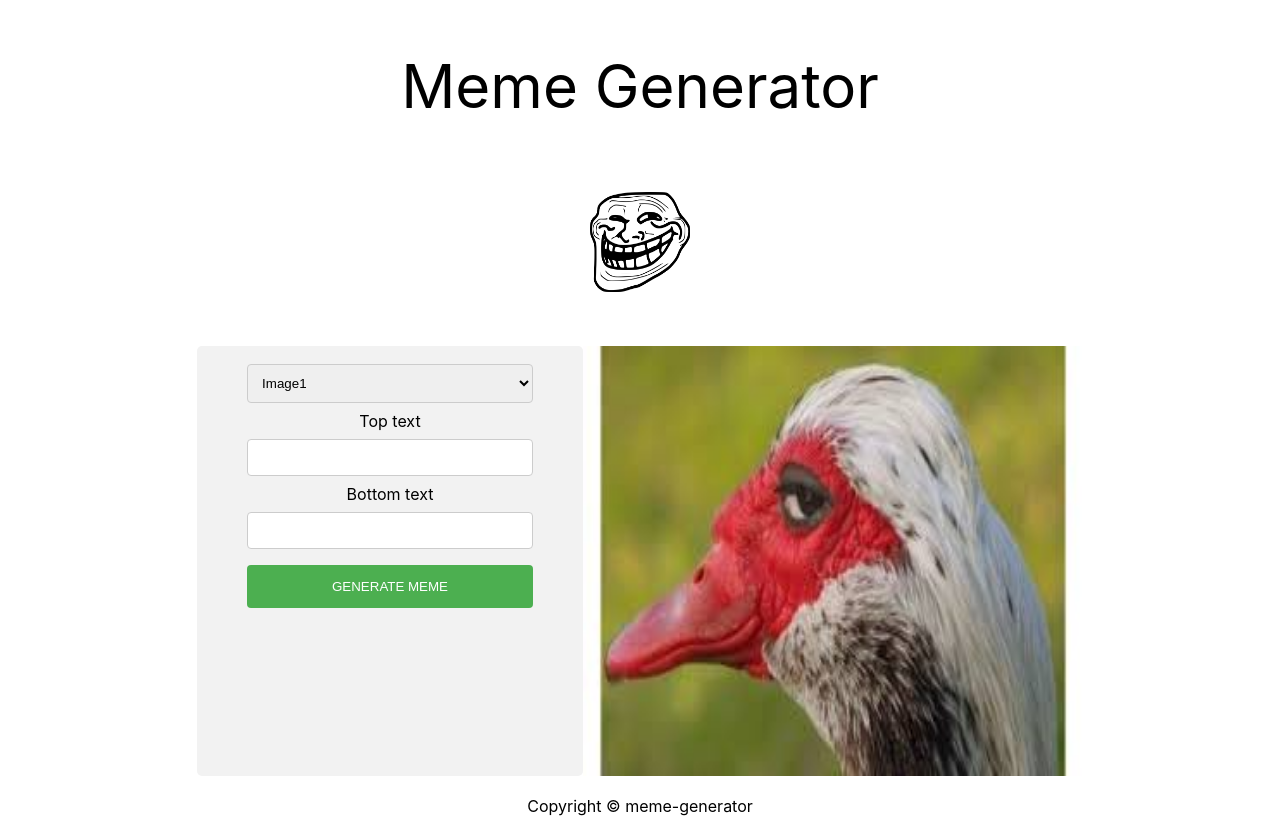
Repository: JivkoJelev91/Meme-Generator
Page: /
These files come from the project's save history. The page is drawn as it stood at one moment and after the next save; the edit follows.
The browser window is 1280 px wide. The pictures show the whole page.
The project was rebuilt for these pictures with package versions that can differ from the ones it lists, and the page was loaded fresh each time.

Above is the page before, as saved 2018-10-11 12:50:56.

### src/App.js
import React, { Component } from 'react';
import logo from './logo.png';
import './App.css';
import Memes from './memes'

class App extends Component {
  render() {
    return (
      <div className="App">
          <header>Meme Generator</header>
          <img src={logo} className="App-logo" alt="logo" />
          <Memes />
      </div>
    );
  }
}

export default App;

### src/App.css
*{
  margin:0;
}

.App {
  text-align: center;
}

.App-logo {
  animation: App-logo-spin infinite 20s linear;
  width:100px;
  height: 100px;
  padding-top: 20px;
  padding-bottom: 50px;

}

.wrapper{
  display:flex;
  justify-content: center;
  flex-wrap: wrap;
}

header{
  font-size:60px;
  padding: 50px;
}

button{
  width: 100%;
  background-color: #4CAF50;
  color: white;
  padding: 14px 20px;
  margin: 8px 0;
  border: none;
  border-radius: 4px;
  cursor: pointer;
}

button:hover{
  background-color: #45a049;
}


input[type=text],input[type=number], select{
  width: 100%;
  padding: 10px;
  margin: 8px 0;
  display: inline-block;
  border: 1px solid #ccc;
  border-radius: 4px;
  box-sizing: border-box;
}

.form{
  border-radius: 5px;
  background-color: #f2f2f2;
  padding: 10px 50px;
}

.pictureContainer{
  position: relative;
  max-width: 500px;
  height: 430px;
  width:100%;
  width: 100%;
  font-size:33px;
}

.memePictures{
  width: 100%;
  height: 100%;
}

@media (max-width: 550px) {
  header{
    font-size:40px;
    padding: 15px;
  }
  input[type=text]{
    padding: 15px 10px;
  }
  .form{
    padding-left: 20%;
    padding-right: 20%;
  }
  .pictureContainer{
    height: 300px;
    font-size:23px;
  }
}

.topText{
  top:5px;
}

.bottomText{
  margin:0 15px;
}

.topText, .bottomText{
  color:#FFF;
  position: absolute;
  bottom: 0;
  left:0;
  right:0;
  font-size:90%;
  text-shadow:
  1px  1px 2px black,
  1px -1px 2px black,
 -1px  1px 2px black,
 -1px -1px 2px black;
 word-break: inherit;
}

footer{
  padding: 20px;
}

### src/memes.js
import React, { Component } from 'react';
import './App.css';
import arr from './imagesData';

class Memes extends Component {
    constructor(props) {
        super(props);
        this.state = {
          value: 'picture1.jpg',
          topText: "",
          bottomText: "",
          active : false
        };
      }

    handleChange = (event) => {
        this.setState({
            value: event.target.value,
        });
    }
    handleInput = (event) => {
        this.setState({
            [event.target.name]: event.target.value ,
            active:false
        });
    }

    generate = () => {
        this.setState({
            active: true
        });
    }

    render() {
        return (
            <div>
            <div className="wrapper">
                <div className="form">
                    <div>
                        <select onChange={this.handleChange}>
                            {
                            arr.map(img => {
                                return <option key={img.id} value={img.name}>
                                            Image{img.id}
                                       </option>
                            })
                            }
                        </select>
                    </div>
                    <div>
                        <label>Top text</label>
                        <input type="text" name="topText" onChange={this.handleInput}/>
                    </div>
                    <div>
                        <label>Bottom text</label>
                        <input type="text" name="bottomText" onChange={this.handleInput}/>
                    </div>
                    <div>
                        <button
                            onClick={this.generate}>
                            GENERATE MEME
                        </button>
                    </div>
            </div>
            <div className="pictureContainer">
                <div className="topText">
                    { this.state.active ? this.state.topText:  "" }
                </div>
                <img src= {require(`./meme-pictures/${this.state.value}`)} className="memePictures"/>
                <div className="bottomText">
                    { this.state.active ? this.state.bottomText : "" }
                </div>
            </div>
         </div>
         <footer>Copyright © meme-generator</footer>
         </div>
        );
      }
}

export default Memes;

### src/imagesData.js
var arr = [{
        'id': '1',
        'name': 'picture1.jpg',
        'alt': 'picture1'
    },
    {
        'id': '2',
        'name': 'picture2.jpg',
        'alt': 'picture2'
    },
    {
        'id': '3',
        'name': 'picture3.jpg',
        'alt': 'picture3'
    },
    {
        'id': '4',
        'name': 'picture4.jpg',
        'alt': 'picture4'
    },
    {
        'id': '5',
        'name': 'picture5.jpg',
        'alt': 'picture5'
    },
    {
        'id': '6',
        'name': 'picture6.jpg',
        'alt': 'picture6'
    },
    {
        'id': '7',
        'name': 'picture7.jpg',
        'alt': 'picture7'
    },
    {
        'id': '8',
        'name': 'picture8.jpg',
        'alt': 'picture8'
    },
    {
        'id': '9',
        'name': 'picture9.jpg',
        'alt': 'picture9'
    },
    {
        'id': '10',
        'name': 'picture10.jpg',
        'alt': 'picture10'
    },
    {
        'id': '11',
        'name': 'picture11.jpg',
        'alt': 'picture11'
    },
    {
        'id': '12',
        'name': 'picture12.jpg',
        'alt': 'picture12'
    },
    {
        'id': '13',
        'name': 'picture13.jpg',
        'alt': 'picture13'
    },
    {
        'id': '14',
        'name': 'picture14.jpg',
        'alt': 'picture14'
    },
    {
        'id': '15',
        'name': 'picture15.jpg',
        'alt': 'picture15'
    },
    {
        'id': '16',
        'name': 'picture16.jpg',
        'alt': 'picture16'
    },
    {
        'id': '17',
        'name': 'picture17.jpg',
        'alt': 'picture17'
    },
    {
        'id': '18',
        'name': 'picture18.jpg',
        'alt': 'picture18'
    },
    {
        'id': '19',
        'name': 'picture19.jpg',
        'alt': 'picture19'
    },
    {
        'id': '20',
        'name': 'picture20.jpg',
        'alt': 'picture20'
    },
    {
        'id': '21',
        'name': 'picture21.jpg',
        'alt': 'picture21'
    },
    {
        'id': '22',
        'name': 'picture22.jpg',
        'alt': 'picture22'
    },
    {
        'id': '23',
        'name': 'picture23.jpg',
        'alt': 'picture23'
    },
    {
        'id': '24',
        'name': 'picture24.jpg',
        'alt': 'picture24'
    },
    {
        'id': '25',
        'name': 'picture25.jpg',
        'alt': 'picture25'
    },
    {
        'id': '26',
        'name': 'picture26.jpg',
        'alt': 'picture26'
    },
    {
        'id': '27',
        'name': 'picture27.jpg',
        'alt': 'picture27'
    },
    {
        'id': '28',
        'name': 'picture28.jpg',
        'alt': 'picture28'
    },
    {
        'id': '29',
        'name': 'picture29.jpg',
        'alt': 'picture29'
    },
    {
        'id': '30',
        'name': 'picture30.jpg',
        'alt': 'picture30'
    }
];

export default arr;


// for (var i = 1; i <= 30; i++) {
//     console.log(`{
//         'id':'${i}',
//         'name':'picture${i}.jpg',
//         'alt': 'picture${i}'
//     },`)
// }

Loaded but not shown: public/index.html (common file); src/index.js (common file); src/index.css (common file); src/serviceWorker.js (common file)

After the next save:
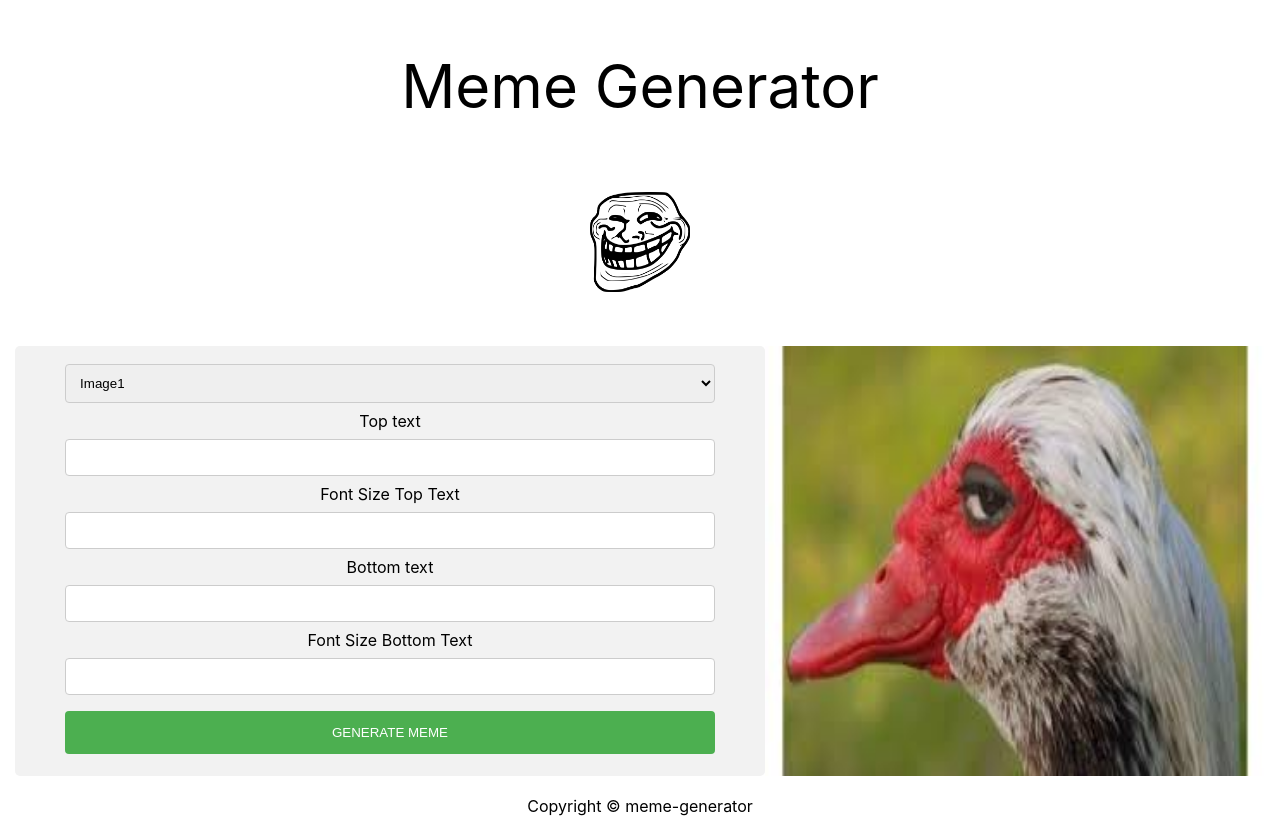
Saved 76 min 37 s later.
--- a/src/memes.js
+++ b/src/memes.js
@@ -9,6 +9,8 @@ class Memes extends Component {
           value: 'picture1.jpg',
           topText: "",
           bottomText: "",
+          topFontSize: "",
+          bottomFontSize: 33,
           active : false
         };
       }
@@ -16,8 +18,10 @@ class Memes extends Component {
     handleChange = (event) => {
         this.setState({
             value: event.target.value,
+            active: false,
         });
     }
+
     handleInput = (event) => {
         this.setState({
             [event.target.name]: event.target.value ,
@@ -25,7 +29,17 @@ class Memes extends Component {
         });
     }
 
+
+
     generate = () => {
+
+        console.log(this.state.topFontSize);
+
+        // this.setState({
+        //     topFontSize: this.state.topFontSize,
+        //     bottomFontSize: this.state.bottomFontSize,
+        //     active:false
+        // });
         this.setState({
             active: true
         });
@@ -50,10 +64,14 @@ class Memes extends Component {
                     <div>
                         <label>Top text</label>
                         <input type="text" name="topText" onChange={this.handleInput}/>
+                        <label>Font Size Top Text</label>
+                        <input type="number" name="topFontSize" onChange={this.handleFontSize}/>
                     </div>
                     <div>
                         <label>Bottom text</label>
                         <input type="text" name="bottomText" onChange={this.handleInput}/>
+                        <label>Font Size Bottom Text</label>
+                        <input type="number" name="bottomFontSize" onChange={this.handleFontSize}/>
                     </div>
                     <div>
                         <button
@@ -63,7 +81,7 @@ class Memes extends Component {
                     </div>
             </div>
             <div className="pictureContainer">
-                <div className="topText">
+                <div className="topText" style={{fontSize: this.state.topFontSize + 'px'}}>
                     { this.state.active ? this.state.topText:  "" }
                 </div>
                 <img src= {require(`./meme-pictures/${this.state.value}`)} className="memePictures"/>
